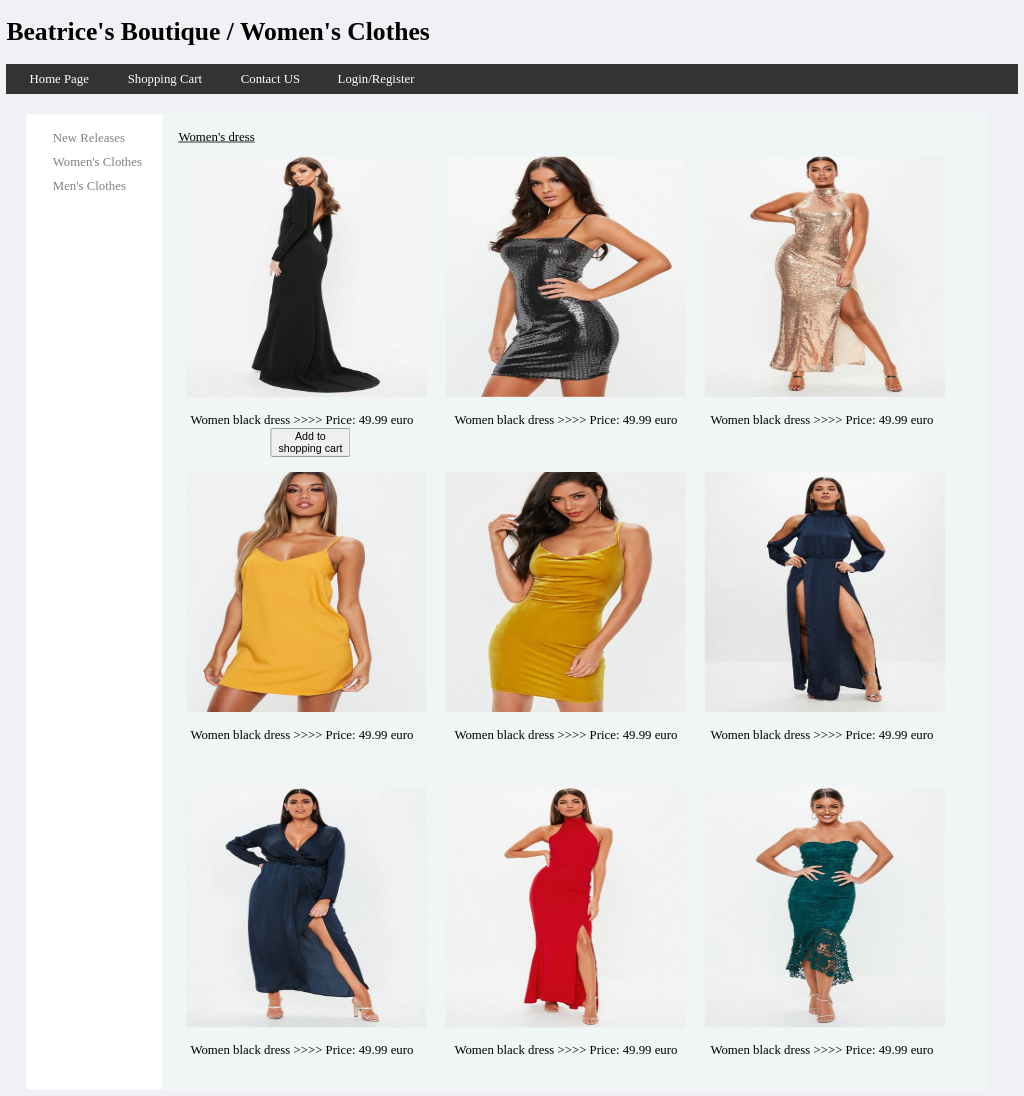
Repository: IosifDobos/Beatrice-Boutique
Page: BeatriceBoutique/Java/WorkSpace/BeatriceBoutique/WebContent/womensClothes.html
These files come from the project's save history. The page is drawn as it stood at one moment and after the next save; the edit follows.
The browser window is 1280 px wide. The pictures show the whole page, at 80% of full size.

Above is the page before, as saved 2018-12-04 17:53:35.

After the next save:
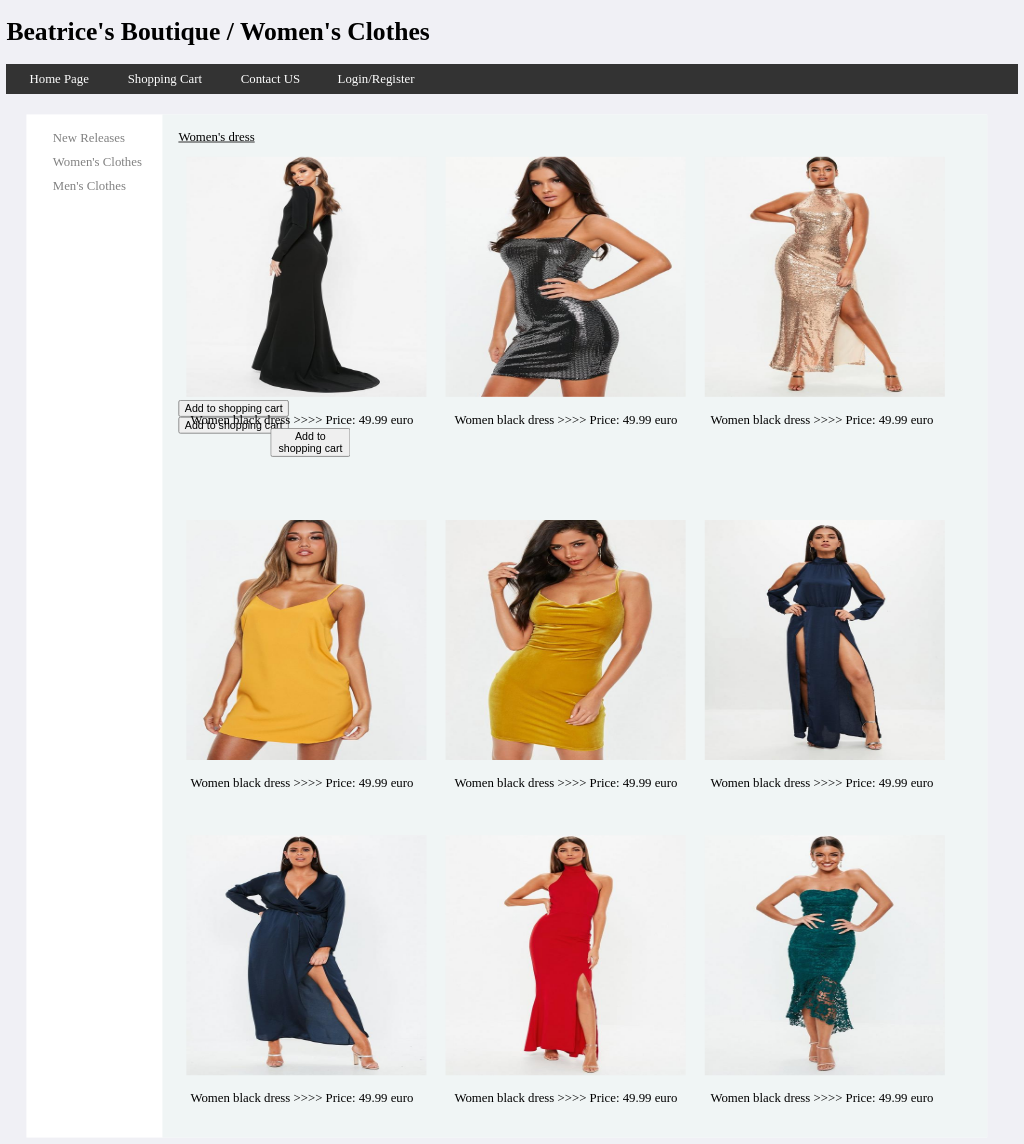
Saved 50 s later.
--- a/BeatriceBoutique/Java/WorkSpace/BeatriceBoutique/WebContent/womensClothes.html
+++ b/BeatriceBoutique/Java/WorkSpace/BeatriceBoutique/WebContent/womensClothes.html
@@ -48,6 +48,18 @@
 						Add to shopping cart
 				</button>
 			</div>
+			<div id ="button-url1">
+				<button data-url="shoppingCart.html" type="button" title="Add to shopping cart"
+				class="button">
+						Add to shopping cart
+				</button>
+			</div>
+			<div id ="button-url1">
+				<button data-url="shoppingCart.html" type="button" title="Add to shopping cart"
+				class="button">
+						Add to shopping cart
+				</button>
+			</div>
 			<br><br><br><br><br><br>
 			<img alt="dress3" src="womens-img/mustard-cami-shift-dress.jpg" width="300" height="300" style="margin-left: 10px;">
 
